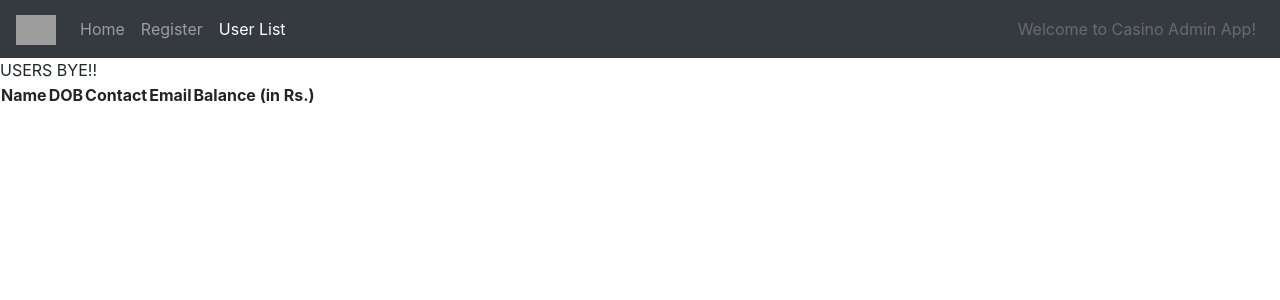
Repository: piyushrulesyou/CasinoGameApplication
Page: http://localhost/adminPanel/UsersList.jsp
These files come from the project's save history. The page is drawn as it stood at one moment and after a run of saves; the edit follows.
The browser window is 1280 px wide. The pictures show the whole page.
Pictures or frames that could not be fetched are drawn as grey boxes. The page is served by Tomcat 9. Nobody is signed in. The application's start-up code is not run.

Above is the page before, as saved 2019-10-31 17:53:27.

After the next 2 saves:
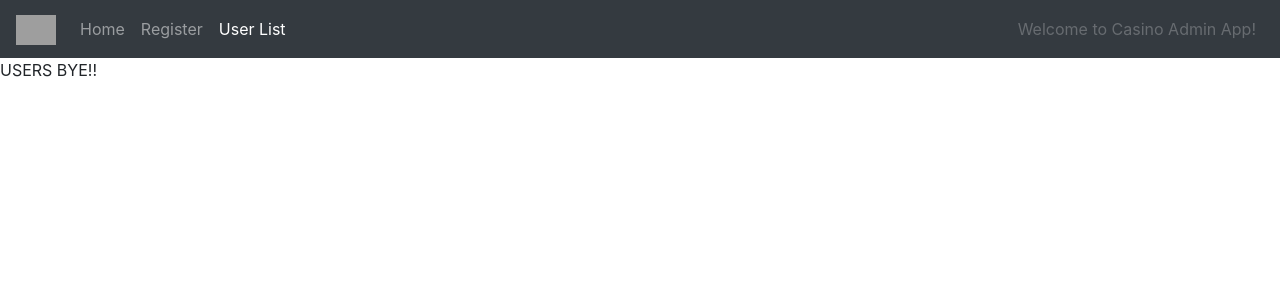
The 2 saves are shown as one change because they came seconds apart.
The last was saved 44 s later.
--- a/AdminPanel/adminPanel/src/main/webapp/UsersList.jsp
+++ b/AdminPanel/adminPanel/src/main/webapp/UsersList.jsp
@@ -45,34 +45,22 @@
 
 	USERS ${listOfUsers.size()} BYE!!
 
-	<table class="w3-table-all w3-centered">
-		<tr>
-			<th>Name</th>
-			<th>DOB</th>
-			<th>Contact</th>
-			<th>Email</th>
-			<th>Balance (in Rs.)</th>
-			<!-- 			<th>Actions</th> -->
-		</tr>
 
-		<c:forEach items="${listOfUsers}" var="eachUser">
+	<c:forEach items="${listOfUsers}" var="eachUser">
 
-			<tr>
-				<td>${eachUser.customerName}</td>
-				<td>${eachUser.dateOfBirth}</td>
-				<td>${eachUser.contactNumber}</td>
-				<td>${eachUser.emailID}</td>
-				<td>${eachUser.accountBalance}</td>
+				${eachUser.customerName}
+				${eachUser.dateOfBirth}
+				${eachUser.contactNumber}
+				${eachUser.emailID}
+				${eachUser.accountBalance}
 
 				<!-- 				<td><a -->
-				<%-- 					href="edit?employeeCode=${item.employeeCode}&hrName=${hrName}"><button --%>
-				<!-- 							class="buttonEdit">Edit</button></a> <a -->
-				<%-- 					href="delete?employeeName=${item.employeeName}&employeeCode=${item.employeeCode}&hrName=${hrName}"><button --%>
-				<!-- 							class="buttonDelete">Delete</button></a></td> -->
+		<%-- 					href="edit?employeeCode=${item.employeeCode}&hrName=${hrName}"><button --%>
+		<!-- 							class="buttonEdit">Edit</button></a> <a -->
+		<%-- 					href="delete?employeeName=${item.employeeName}&employeeCode=${item.employeeCode}&hrName=${hrName}"><button --%>
+		<!-- 							class="buttonDelete">Delete</button></a></td> -->
 
-			</tr>
-		</c:forEach>
-	</table>
+	</c:forEach>
 
 
 	<%-- 	<c:forEach var="i" begin="1" end="3"> --%>

After the 3 saves that followed:
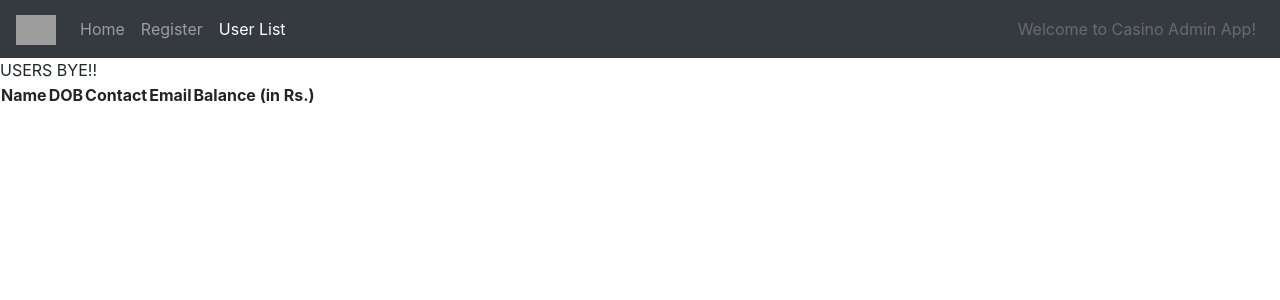
The 3 saves are shown as one change because 1 did not build or start and 1 left the picture as it was.
The last was saved 40 s later.
--- a/AdminPanel/adminPanel/src/main/webapp/UsersList.jsp
+++ b/AdminPanel/adminPanel/src/main/webapp/UsersList.jsp
@@ -45,22 +45,34 @@
 
 	USERS ${listOfUsers.size()} BYE!!
 
+	<table class="w3-table-all w3-centered">
+		<tr>
+			<th>Name</th>
+			<th>DOB</th>
+			<th>Contact</th>
+			<th>Email</th>
+			<th>Balance (in Rs.)</th>
+			<!-- 			<th>Actions</th> -->
+		</tr>
 
-	<c:forEach items="${listOfUsers}" var="eachUser">
+		<c:forEach items="${listOfUsers}" var="eachUser">
 
-				${eachUser.customerName}
-				${eachUser.dateOfBirth}
-				${eachUser.contactNumber}
-				${eachUser.emailID}
-				${eachUser.accountBalance}
+			<tr>
+				<td>${eachUser.customerName}</td>
+				<td>${eachUser.dateOfBirth}</td>
+				<td>${eachUser.contactNumber}</td>
+				<td>${eachUser.emailID}</td>
+				<td>${eachUser.accountBalance}</td>
 
 				<!-- 				<td><a -->
-		<%-- 					href="edit?employeeCode=${item.employeeCode}&hrName=${hrName}"><button --%>
-		<!-- 							class="buttonEdit">Edit</button></a> <a -->
-		<%-- 					href="delete?employeeName=${item.employeeName}&employeeCode=${item.employeeCode}&hrName=${hrName}"><button --%>
-		<!-- 							class="buttonDelete">Delete</button></a></td> -->
+				<%-- 					href="edit?employeeCode=${item.employeeCode}&hrName=${hrName}"><button --%>
+				<!-- 							class="buttonEdit">Edit</button></a> <a -->
+				<%-- 					href="delete?employeeName=${item.employeeName}&employeeCode=${item.employeeCode}&hrName=${hrName}"><button --%>
+				<!-- 							class="buttonDelete">Delete</button></a></td> -->
 
-	</c:forEach>
+			</tr>
+		</c:forEach>
+	</table>
 
 
 	<%-- 	<c:forEach var="i" begin="1" end="3"> --%>
